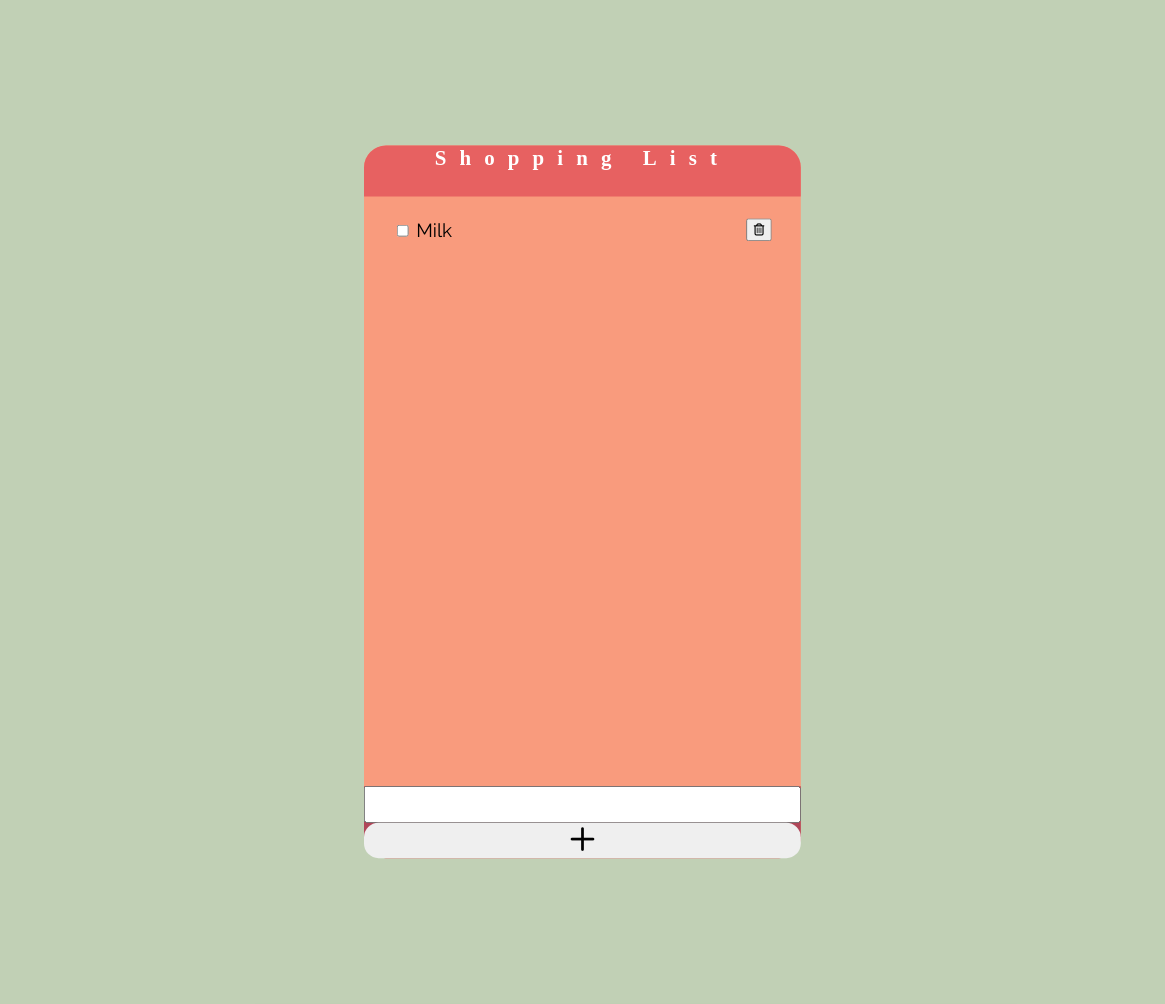
Repository: sephinejo/shopping-list-app
Page: index.html
These files come from the project's save history. The page is drawn as it stood at one moment and after the next save; the edit follows.
The browser window is 1280 px wide. The pictures show the whole page, at 91% of full size.
Some web fonts or font styles are not loaded; a fallback is used. Some web libraries are served in a nearby version.

Above is the page before, as saved 2023-05-12 11:13:07.

### index.html
<!DOCTYPE html>
<html lang="en">
  <head>
    <meta charset="UTF-8" />
    <meta http-equiv="X-UA-Compatible" content="IE=edge" />
    <meta name="viewport" content="width=device-width, initial-scale=1.0" />
    <title>Shopping List 🛍️🛒</title>
    <link rel="preconnect" href="https://fonts.googleapis.com" />
    <link rel="preconnect" href="https://fonts.gstatic.com" crossorigin />
    <link
      href="https://fonts.googleapis.com/css2?family=Alice&family=Raleway:wght@400;600;700;800&display=swap"
      rel="stylesheet"
    />
    <script
      src="https://kit.fontawesome.com/9ac80604cb.js"
      crossorigin="anonymous"
    ></script>
    <script src="main.js" defer></script>
    <link rel="stylesheet" href="style.css" />
  </head>
  <body>
    <section class="container">
      <header class="header">Shopping List</header>
      <ul class="items">
        <li class="item__row">
          <div class="item">
            <input id="item__checkbox" name="item__checkbox" type="checkbox" />
            <label for="item__checkbox">Milk</label>
          </div>
          <button><i class="fa-regular fa-trash-can"></i></button>
        </li>
      </ul>
      <footer>
        <input class="input" type="text" />
        <button class="footer__button">
          <i class="fa-regular fa-plus"></i>
        </button>
      </footer>
    </section>
  </body>
</html>

### style.css
* {
  box-sizing: border-box;
}

body {
  text-align: center;
  background-color: #c1d0b5;
}

.container {
  margin: 10rem auto;
  width: 30rem;
  background-color: #f99b7d;
  border-radius: 1.5rem;
}

.header {
  height: 3.5rem;
  padding: 1.3px;
  font-family: 'Alice';
  font-size: 23px;
  font-weight: 700;
  color: white;
  letter-spacing: 0.9rem;
  background: #e76161;
  border-radius: 1.5rem 1.5rem 0 0;
}

.items {
  height: 600px;
  overflow-y: auto;
  margin: 1.5rem 2rem;
  padding: 0;
}

.item__row {
  display: flex;
  justify-content: space-between;
  font-size: 1.3rem;
  font-family: 'Raleway';
  font-weight: 500;
}

footer {
  background: #b04759;
  display: flex;
  flex-direction: column;
  border-radius: 0 0 1.5rem 1.5rem;
}

.input {
  height: 40px;
  outline: none;
  font-size: 1.4rem;
}

.footer__button {
  border-style: none;
  border-radius: 1rem;
  cursor: pointer;
  font-size: 2rem;
}

Loaded but not shown: main.js (no copy from this time; the picture is the same without it)

After the next save:
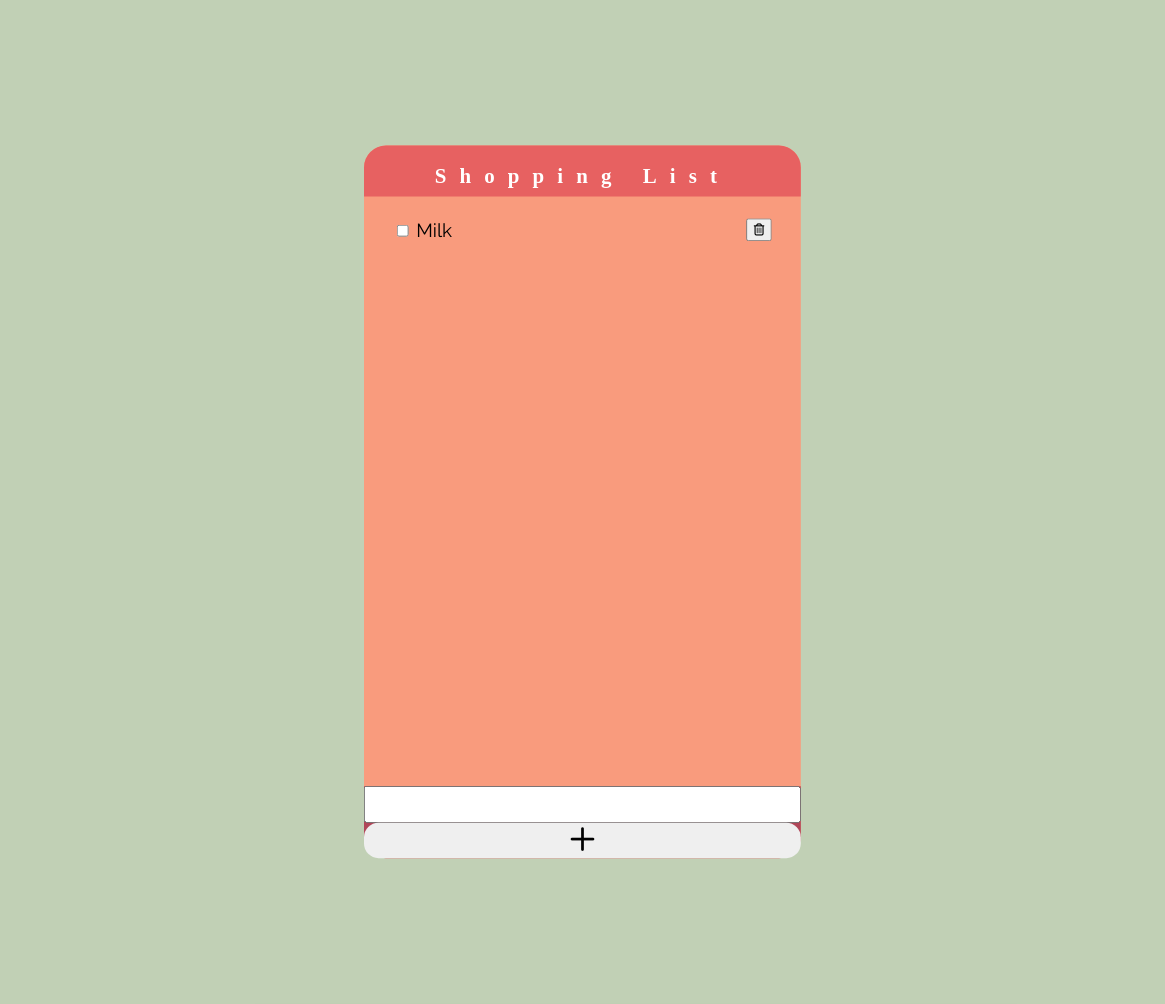
Saved 5 s later.
--- a/style.css
+++ b/style.css
@@ -16,7 +16,7 @@ body {
 
 .header {
   height: 3.5rem;
-  padding: 1.3px;
+  padding: 1.3rem;
   font-family: 'Alice';
   font-size: 23px;
   font-weight: 700;
